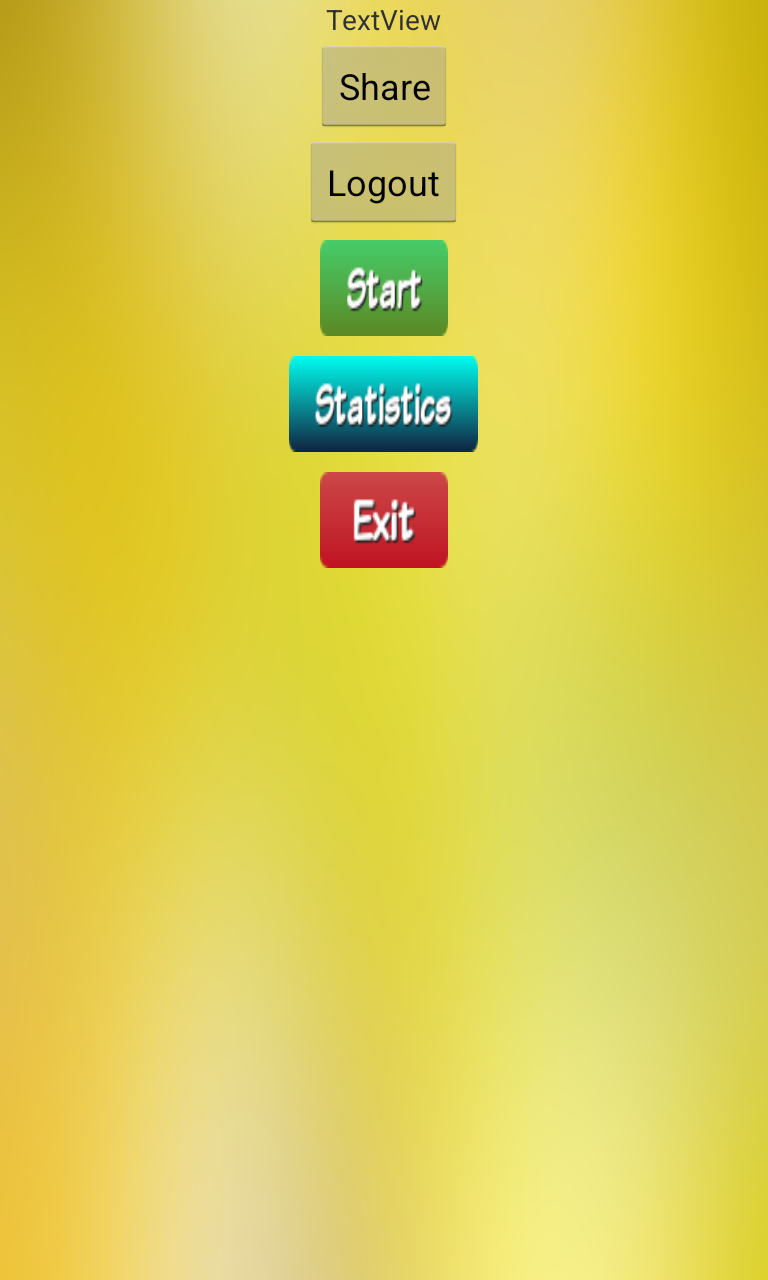
Repository: kingstonbg/workspaceAndroid
Layout: TaxiRoute/res/layout/activity_main_menu.xml
These files come from the project's save history. The layout is drawn as it stood at one moment and after the next save; the edit follows.
It is drawn on a 768 x 1280 px phone screen (xhdpi) without system bars, with theme AppTheme; the app's code is not run.

Above is the layout before, as saved 2013-02-18 14:41:20.

After the next save:
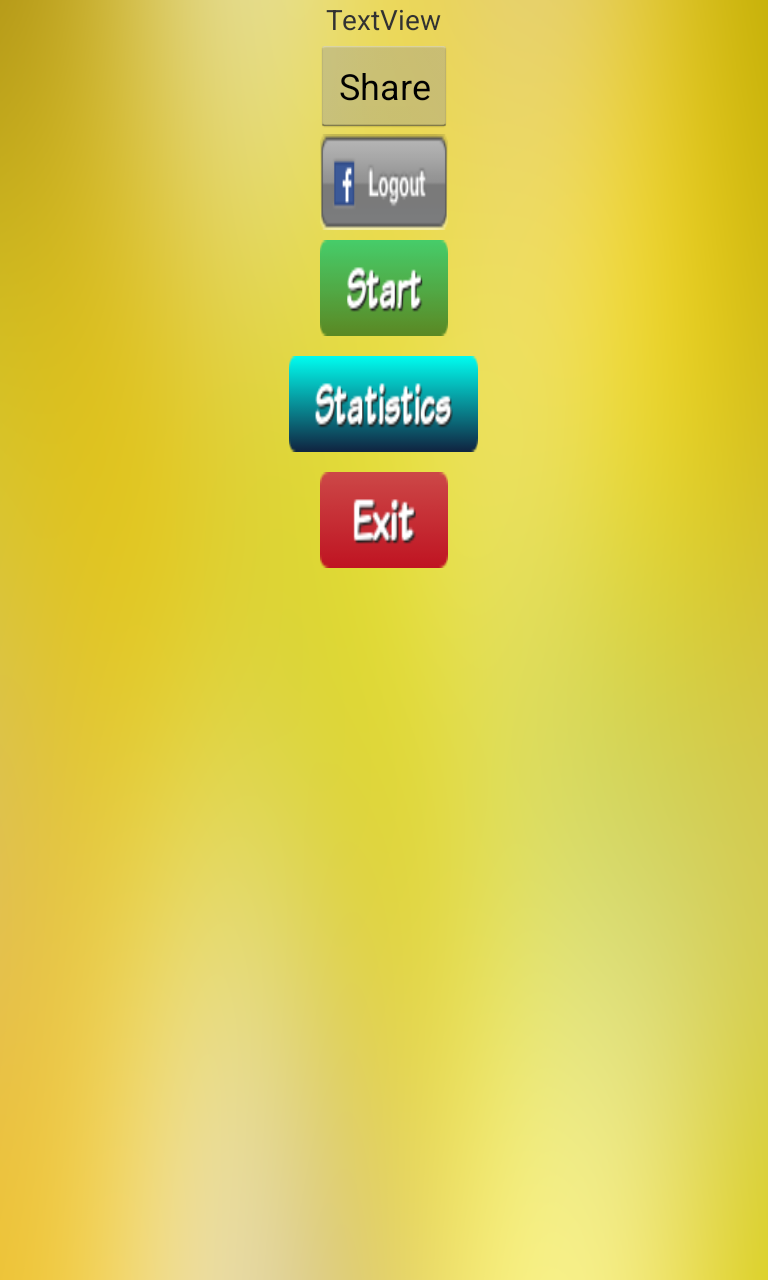
Saved 83 s later.
--- a/TaxiRoute/res/layout/activity_main_menu.xml
+++ b/TaxiRoute/res/layout/activity_main_menu.xml
@@ -22,7 +22,7 @@
         android:id="@+id/btn_clear_credentials"
         android:layout_width="wrap_content"
         android:layout_height="wrap_content"
-        android:text="Logout" />
+        android:background="@drawable/logout" />
 
     <Button
         android:id="@+id/buttonStart"
